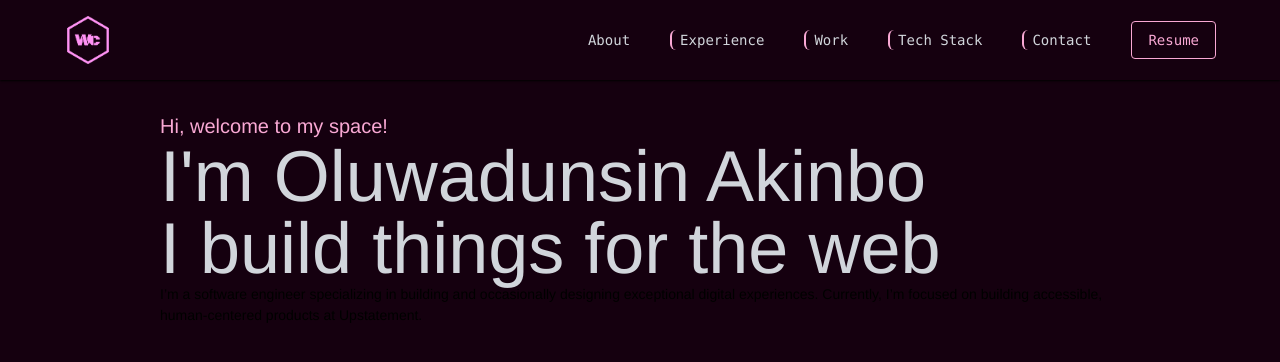
Repository: EmmyDunny1/myPortfolio
Page: / (app in MyPortfolio/)
The author's editor kept a copy of each file at every save. The page is drawn from the files as they stood at one save, then again after the next save.
The browser window is 1280 px wide. The pictures show the whole page.
The project was rebuilt for these pictures with package versions that can differ from the ones it lists, and the page was loaded fresh each time. Also part of the build but not shown: MyPortfolio/vite.config.js.

Above is the page before, as saved 2025-01-13 10:43:33.

After the next save:
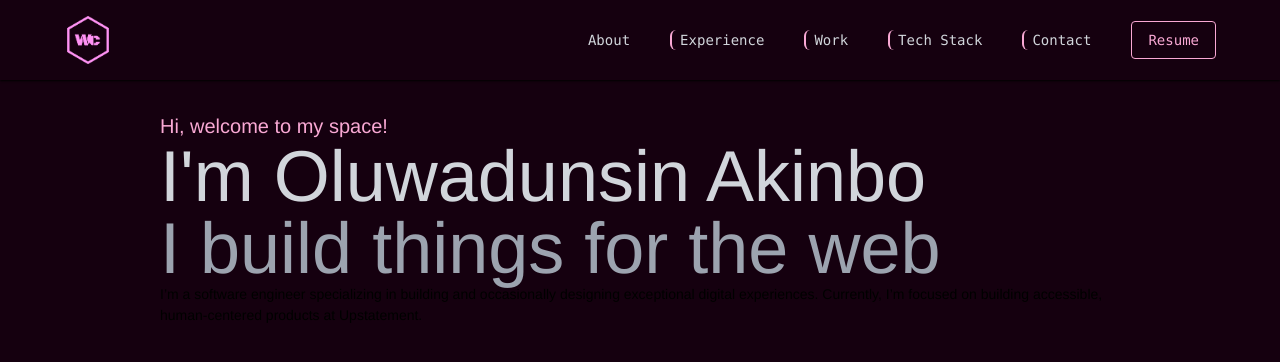
Saved 26 s later.
--- a/MyPortfolio/src/components/HeroSection.jsx
+++ b/MyPortfolio/src/components/HeroSection.jsx
@@ -7,7 +7,7 @@
       <div className=''>
         <span className='text-pink-300 text-xl'>Hi, welcome to my space!</span>
         <h1 className='text-7xl text-gray-300 '>I'm Oluwadunsin Akinbo</h1>
-        <h2 className='text-7xl text-gray-300'>I build things for the web</h2>
+        <h2 className='text-7xl text-gray-400'>I build things for the web</h2>
 
         <p>I’m a software engineer specializing in building and occasionally designing exceptional digital experiences. Currently, I’m focused on building accessible, human-centered products at Upstatement.</p>
 
